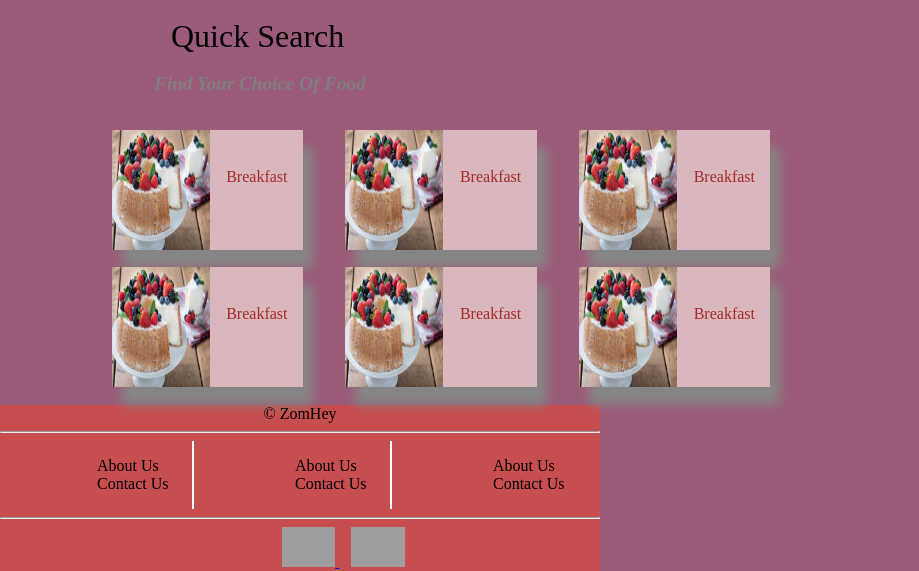
Repository: dashmeenkalra/dashmeen_kalra
Page: css,bootstrap/CSS/zom.html
An editor plug-in stored every save of this project. The page is shown before and after the next save, followed by the edit.
The browser window is 600 px wide. The page is 919 px wide, so the pictures cover 919 px, including what lies to the right of the window. The pictures show the part of the page from y = 465 to 1173 px (the page is 1036 px tall before and 1173 px after).
Pictures or frames that could not be fetched are drawn as grey boxes.

Above is the page before, as saved 2023-03-27 09:33:39.

After the next save:
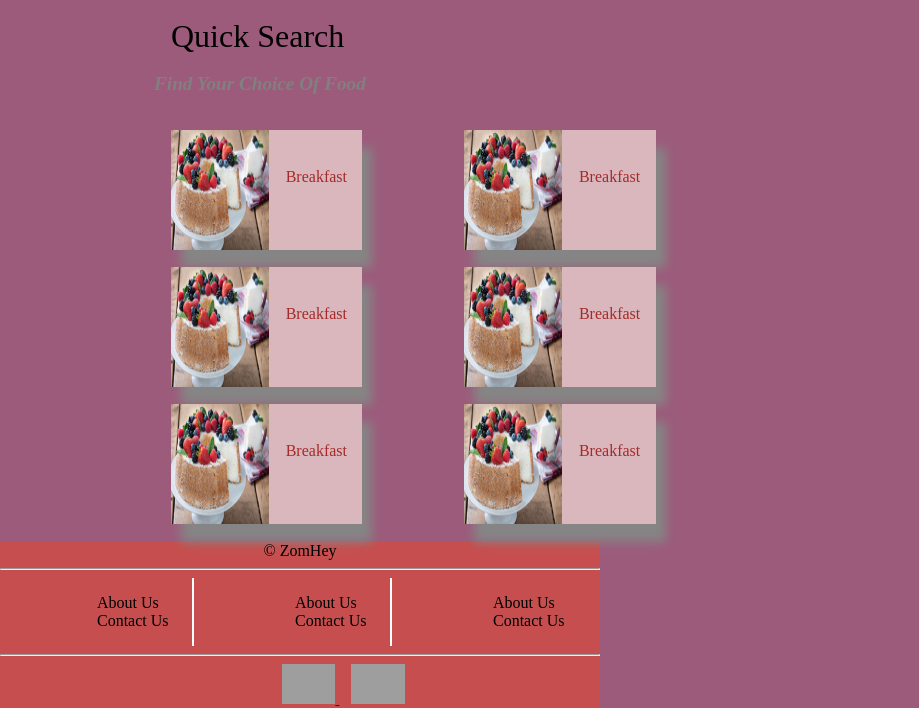
Saved 95 s later.
--- a/css,bootstrap/CSS/zom.css
+++ b/css,bootstrap/CSS/zom.css
@@ -180,7 +180,7 @@ body{
                     background-color: rgb(72, 186, 99) ;
                 }
                 .inbox{
-                    margin-left:5% ;
+                    margin-left:12% ;
                 }
                 }
 @media screen and (max-width:751px){
